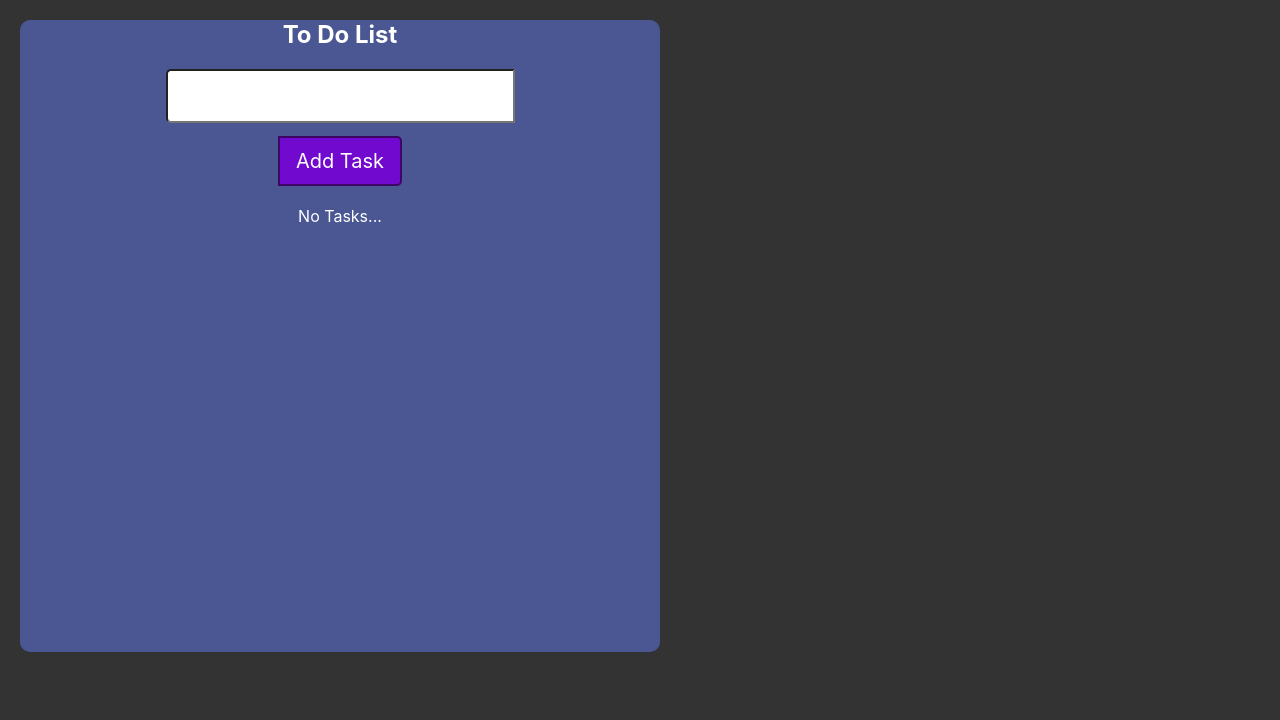
Repository: kirangautam45/ToDoList
Page: /
The author's editor kept a copy of each file at every save. The page is drawn from the files as they stood at one save, then again after the next save.
The browser window is 1280 px wide. The pictures show the whole page.
The project was rebuilt for these pictures with package versions that can differ from the ones it lists, and the page was loaded fresh each time. Also part of the build but not shown: src/components/Update.js.

Above is the page before, as saved 2022-08-07 20:50:08.

After the next save:
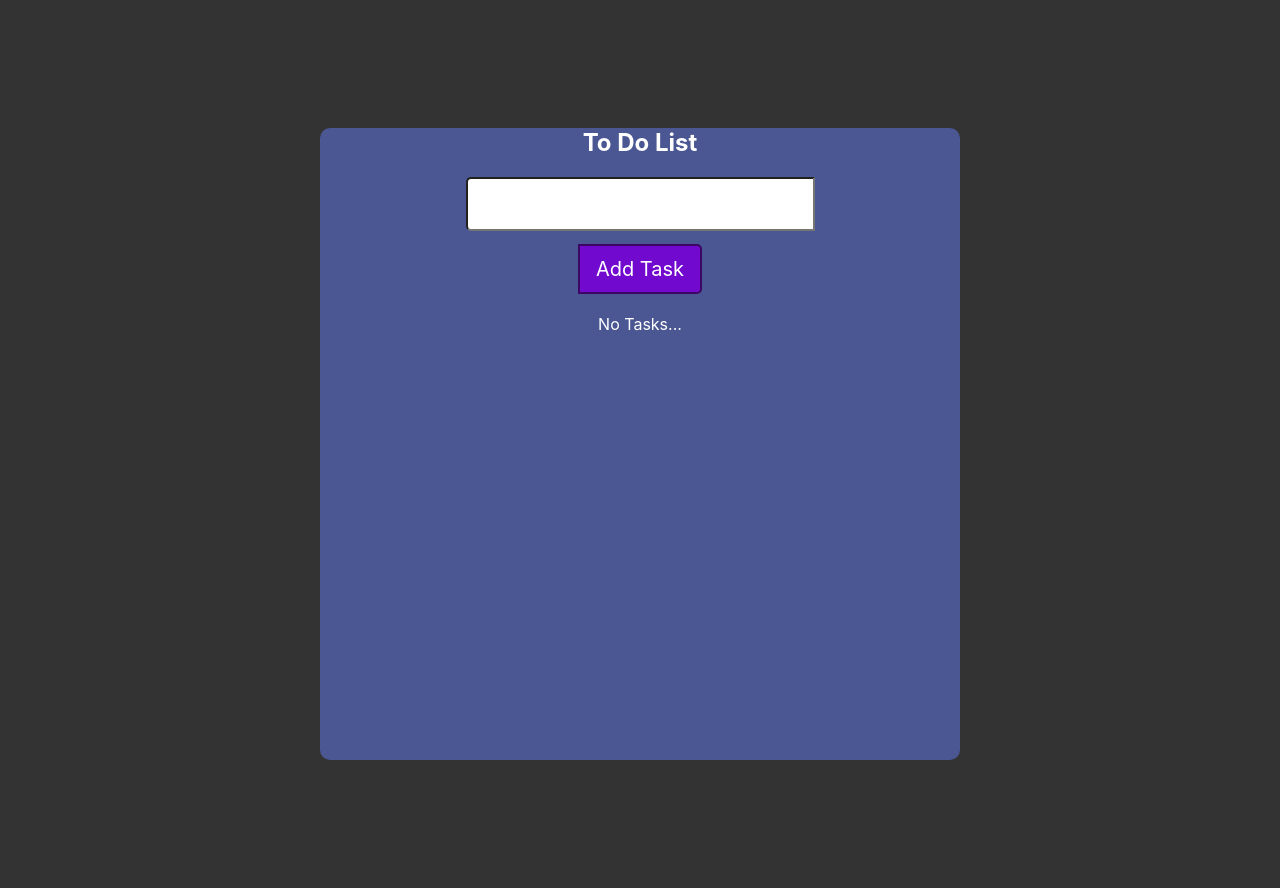
Saved 6 s later.
--- a/src/App.css
+++ b/src/App.css
@@ -8,10 +8,10 @@ body {
   flex-direction: column;
   justify-content: start;
   width: 50%;
-  margin-left: 20px;
   min-height: 600px;
   background: #4a5792;
   text-align: center;
+  margin: 128px auto;
   border-radius: 10px;
   padding-bottom: 32px;
 }
